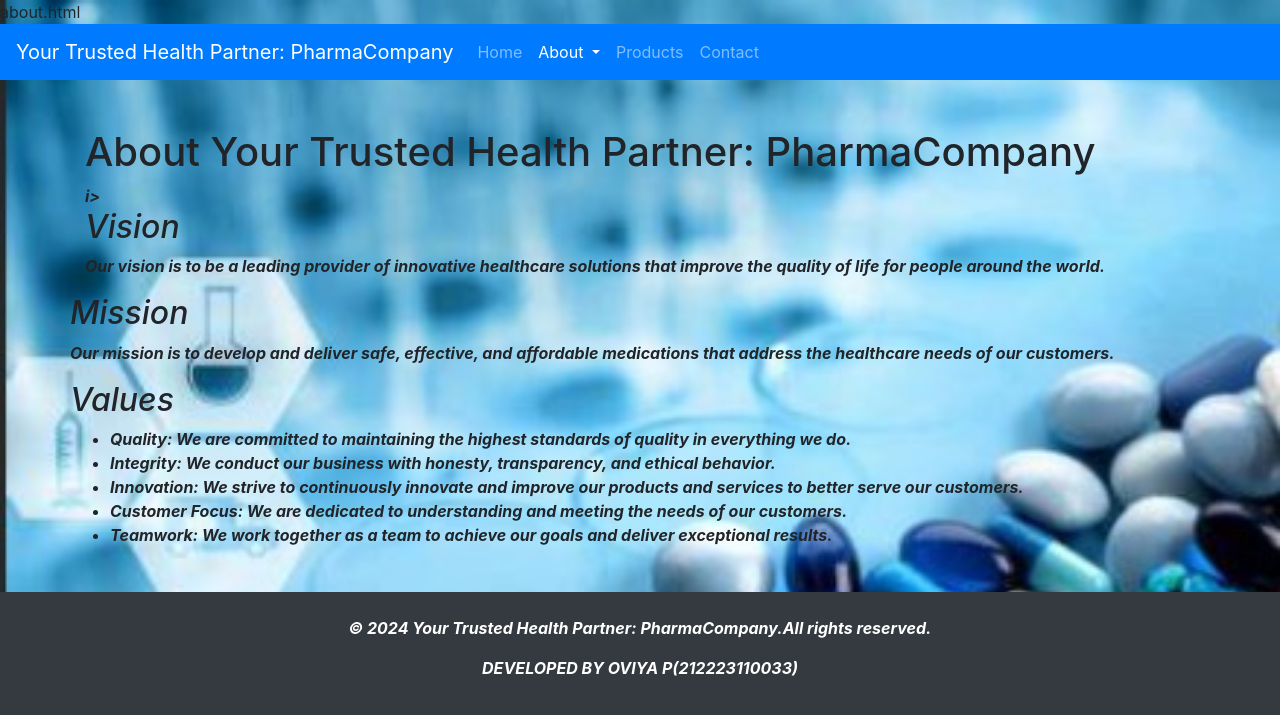
Repository: Oviya24032K6/Pharma
Page: oviya/pharmapp/static/about.html
The author's editor kept a copy of each file at every save. The page is drawn from the files as they stood at one save, then again after a run of saves.
The browser window is 1280 px wide. The pictures show the whole page.

Above is the page before, as saved 2024-05-07 08:31:28.

### oviya/pharmapp/static/about.html
about.html

<!DOCTYPE html>
<html lang="en">
<head>
  <meta charset="UTF-8">
  <meta name="viewport" content="width=device-width, initial-scale=1.0">
  <title> Your Trusted Health Partner: PharmaCompany</title>
  <!-- Bootstrap CSS -->
  <link href="https://stackpath.bootstrapcdn.com/bootstrap/4.5.2/css/bootstrap.min.css" rel="stylesheet">
  <!-- Custom CSS -->
  <style>
    body {
      background-image: url("hehe.jpg");
      background-size: cover;
      background-repeat: no-repeat;
    }
    footer{
    position: fixed;
      left: 0;
      bottom: 0;
      width: 100%;
      background-color: #030508;
      color: white;
      text-align: center;
      padding: 10px 0;
    }
  </style>
</head>
<body>

  <!-- Navbar -->
  <nav class="navbar navbar-expand-lg navbar-dark bg-primary">
    <a class="navbar-brand" href="#"> Your Trusted Health Partner: PharmaCompany</a>
    <button class="navbar-toggler" type="button" data-toggle="collapse" data-target="#navbarSupportedContent" aria-controls="navbarSupportedContent" aria-expanded="false" aria-label="Toggle navigation">
      <span class="navbar-toggler-icon"></span>
    </button>

    <div class="collapse navbar-collapse" id="navbarSupportedContent">
      <ul class="navbar-nav mr-auto">
        <li class="nav-item">
          <a class="nav-link" href="web.html">Home</a>
        </li>
        <li class="nav-item dropdown active">
          <a class="nav-link dropdown-toggle" href="about.html" id="navbarDropdownAbout" role="button" data-toggle="dropdown" aria-haspopup="true" aria-expanded="false">
            About
          </a>
          <div class="dropdown-menu" aria-labelledby="navbarDropdownAbout">
            <a class="dropdown-item" href="#vision">Vision</a>
            <a class="dropdown-item" href="#mission">Mission</a>
            <a class="dropdown-item" href="#values">Values</a>
            <!-- Add more subheadings as needed -->
          </div>
        </li>
        <li class="nav-item">
          <a class="nav-link" href="product.html">Products</a>
        </li>
        <li class="nav-item">
          <a class="nav-link" href="#">Contact</a>
        </li>
      </ul>
    </div>
  </nav>

  <!-- Page Content -->
  <b>
  <div class="container mt-5">
    <div class="row">
      <div class="col-md-12">
        <h1>About  Your Trusted Health Partner: PharmaCompany</h1>
      <i>  <div id="HISTORY"></div>i>
          <h2>Vision</h2>
          <p>Our vision is to be a leading provider of innovative healthcare solutions that improve the quality of life for people around the world.</p>
        </div>
        <div id="mission">
          <h2>Mission</h2>
          <p>Our mission is to develop and deliver safe, effective, and affordable medications that address the healthcare needs of our customers.</p>
        </div>
        <div id="values">
          <h2>Values</h2>
          <ul>
            <li>Quality: We are committed to maintaining the highest standards of quality in everything we do.</li>
            <li>Integrity: We conduct our business with honesty, transparency, and ethical behavior.</li>
            <li>Innovation: We strive to continuously innovate and improve our products and services to better serve our customers.</li>
            <li>Customer Focus: We are dedicated to understanding and meeting the needs of our customers.</li>
            <li>Teamwork: We work together as a team to achieve our goals and deliver exceptional results.</li>
          </ul>
        </div>
        <!-- Add more subheadings as needed -->
      </div>
    </div>
  </div>

  <!-- Footer -->
  <footer class="bg-dark text-white text-center py-4 mt-5">
    <p>&copy; 2024  Your Trusted Health Partner: PharmaCompany.All rights reserved.</p>
    <p>DEVELOPED BY OVIYA P(212223110033)</p>
  </footer>
</b>
  <!-- Bootstrap JS -->
  <script src="https://code.jquery.com/jquery-3.5.1.slim.min.js"></script>
  <script src="https://cdn.jsdelivr.net/npm/popper.js@1.16.1/dist/umd/popper.min.js"></script>
  <script src="https://stackpath.bootstrapcdn.com/bootstrap/4.5.2/js/bootstrap.min.js"></script>
</body>
</html>

After the next 2 saves:
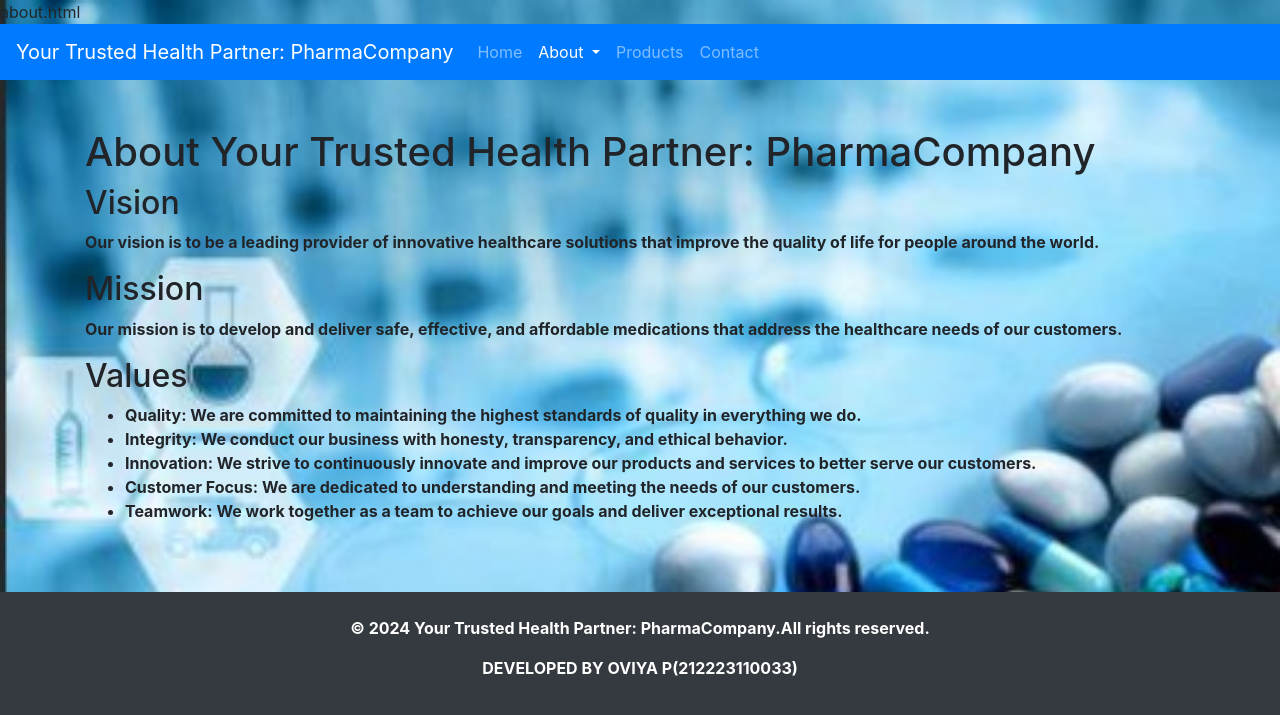
The 2 saves are shown as one change because they came seconds apart.
The last was saved 7 s later.
--- a/oviya/pharmapp/static/about.html
+++ b/oviya/pharmapp/static/about.html
@@ -68,7 +68,7 @@ about.html
     <div class="row">
       <div class="col-md-12">
         <h1>About  Your Trusted Health Partner: PharmaCompany</h1>
-      <i>  <div id="HISTORY"></div>i>
+      <i>  <div id="HISTORY"> </i>
           <h2>Vision</h2>
           <p>Our vision is to be a leading provider of innovative healthcare solutions that improve the quality of life for people around the world.</p>
         </div>
